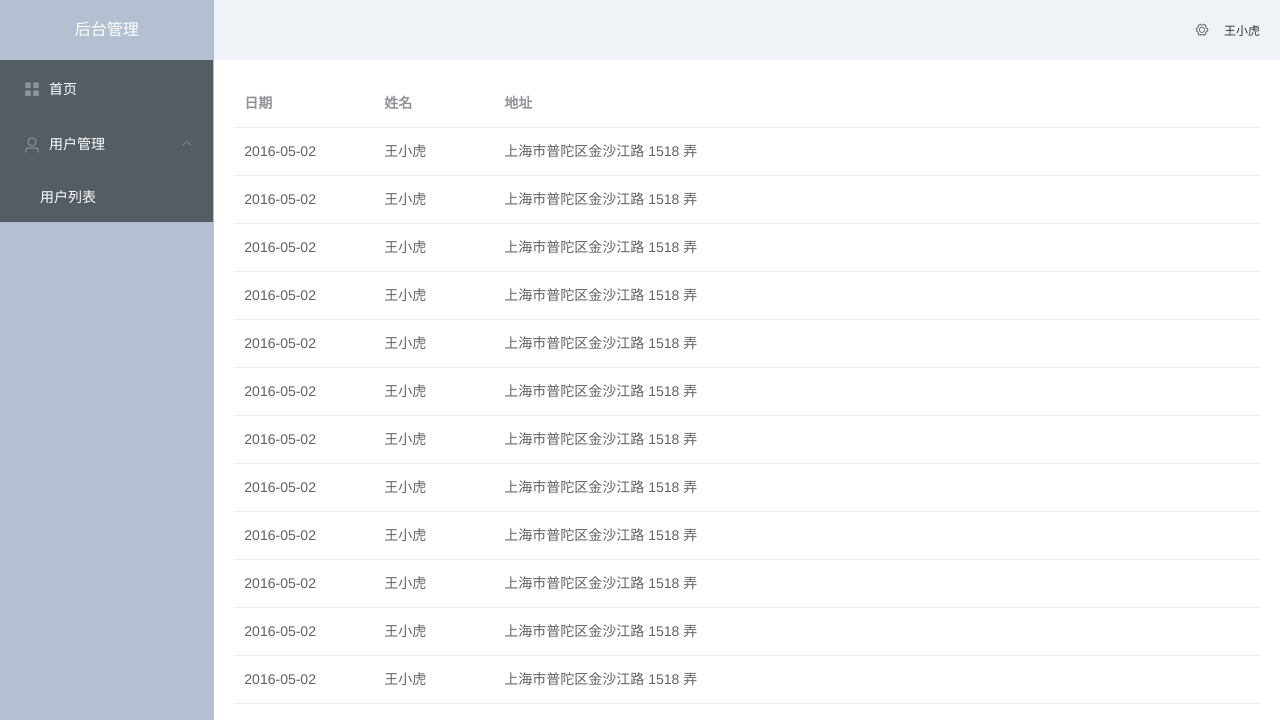
Repository: cmw520520/admin_vue
Page: /#/user/userlist
These files come from the project's save history. The page is drawn as it stood at one moment and after the next save; the edit follows.
The browser window is 1280 px wide. The pictures show the whole page.
An inner scrolling area shows only its first screen. The project was rebuilt for these pictures with package versions that can differ from the ones it lists, and the page was loaded fresh each time. Also part of the build but not shown: src/page/home/Home.vue, example/Echart.vue.

Above is the page before, as saved 2019-07-01 15:17:59.

### index.html
<!DOCTYPE html>
<html>
  <head>
    <meta charset="utf-8">
    <meta name="viewport" content="width=device-width,initial-scale=1.0">
    <title>cmw</title>
  </head>
  <body>
    <div id="app"></div>
    <!-- built files will be auto injected -->
  </body>
</html>

### src/App.vue
<template>
  <div id="app">
    <!-- <img src="./assets/logo.png"> -->
    <router-view/>
  </div>
</template>

<script>
export default {
  name: 'App'
}
</script>

<style>
#app {
  font-family: 'Avenir', Helvetica, Arial, sans-serif;
  -webkit-font-smoothing: antialiased;
  -moz-osx-font-smoothing: grayscale;
  text-align: center;
  color: #2c3e50;
  width: 100%;
  height: 100%;
  /* margin-top: 60px; */
}

body, html {
  margin: 0;
  padding: 0;
  height: 100%;
  width: 100%;
}
</style>

### src/router/index.js
import Vue from 'vue'
import Router from 'vue-router'
// import HelloWorld from '@/components/HelloWorld'
import Manage from '@/page/Manage'
import Home from '@/page/home/Home'
import UserList from '@/page/user/UserList'
import Echart from '../../example/Echart'

Vue.use(Router)

export default new Router({
  routes: [
    {
      path: '/',
      name: '',
      component: Manage,
      children: [
        {
          path: '',
          component: Home,
          meta: []
        },
        {
          path: '/user/userlist',
          component: UserList,
          meta: []
        },
        {
          path: '/example/echart',
          component: Echart,
          meta: ['图表']
        }
      ]
    }
  ]
})

### src/page/Manage.vue
<template>
  <el-container style="height: 100%;">
    <el-col :span="4" style="background-color: #b3c0d1;overflow:hidden;">
      <el-col>
        <div class="logo">后台管理</div>
      </el-col>
      <el-col>
        <el-slider></el-slider>
      </el-col>
    </el-col>

    <el-col :span="20" style="border-left: 1px solid #b3c0d1;overflow: auto;overflow-scrolling: touch;">
      <el-header style="text-align: right; font-size: 12px">
        <el-dropdown>
          <i class="el-icon-setting" style="margin-right: 15px"></i>
          <el-dropdown-menu slot="dropdown">
            <el-dropdown-item>查看</el-dropdown-item>
            <el-dropdown-item>新增</el-dropdown-item>
            <el-dropdown-item>删除</el-dropdown-item>
          </el-dropdown-menu>
        </el-dropdown>
        <span>王小虎</span>
      </el-header>

      <el-main>
        <transition name="fade" mode="out-in">
            <router-view></router-view>
        </transition>
      </el-main>
    </el-col>
  </el-container>
</template>

<script>
import slider from '@/components/Slider'

export default {
  name: 'manage',
  components: {
    'el-slider': slider
  }
}
</script>

<style scope>
.el-header {
  background-color: #EFF2F7;
  color: #333;
  line-height: 60px;
}

.el-aside {
  color: #333;
}

.fade-enter-active, .fade-leave-active {
    transition: opacity 0.5s, transform 0.5s;
}

.fade-enter, .fade-leave-to {
    opacity: 0;
}

/* 导航logo S */
.logo {
    height: 60px;
    line-height: 60px;
    color: #fff;
}
/* 导航logo E */
</style>

### src/page/user/UserList.vue
<template>
    <el-table :data="tableData">
        <el-table-column prop="date" label="日期" width="140"></el-table-column>
        <el-table-column prop="name" label="姓名" width="120"></el-table-column>
        <el-table-column prop="address" label="地址"></el-table-column>
    </el-table>
</template>

<script>
export default {
  name: 'userlist',
  data () {
    const item = {
      date: '2016-05-02',
      name: '王小虎',
      address: '上海市普陀区金沙江路 1518 弄'
    }
    return {
      tableData: Array(20).fill(item)
    }
  }
}
</script>

<style scope>

</style>

### src/components/Slider.vue
<template>
  <el-menu :default-openeds="['1', '3']" background-color="rgb(84, 92, 100)" text-color="#fff" style="border:none;text-align:left;" router>
    <label v-for="(item, index) in navMenu" :key="index">
      <el-menu-item v-if="item.isHeader" :index="item.component">
        <i :class=item.icon></i>
        <span slot="title">{{ item.name }}</span>
      </el-menu-item>

      <el-submenu v-else :index="String(index)">
        <template slot="title">
          <i :class=item.icon></i>{{ item.name }}
        </template>
        <el-menu-item v-for="(item2, index2) in item.children" :key="index2" :index="item2.component">{{ item2.name }}</el-menu-item>
      </el-submenu>
    </label>
  </el-menu>
</template>

<script>
export default {
  name: 'slider',
  data () {
    return {
      navMenu: [
        {
          isHeader: true,
          name: '首页',
          icon: 'el-icon-menu',
          component: '/'
        },
        {
          name: '用户管理',
          icon: 'el-icon-user',
          children: [
            {
              name: '用户列表',
              component: '/user/userlist'
            }
          ]
        }
      ]
    }
  }
}
</script>

<style>
</style>

Loaded but not shown: src/main.js (common file)

After the next save:
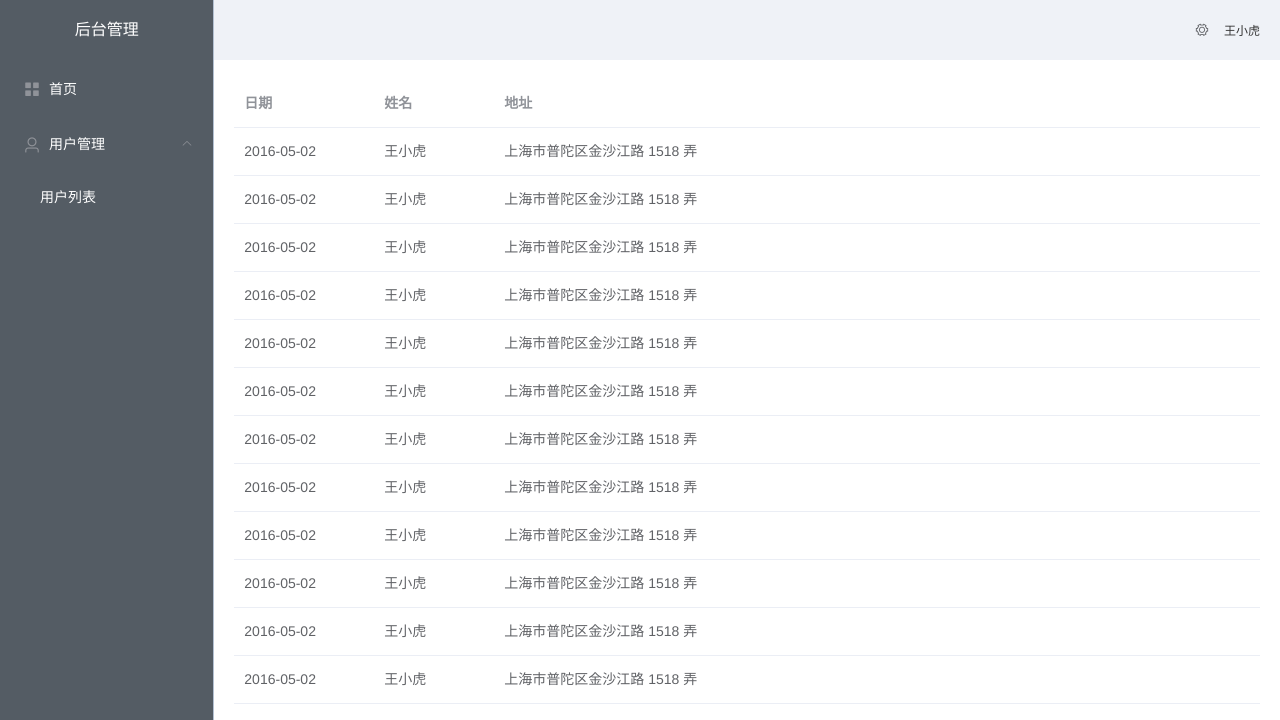
Saved 2 s later.
--- a/src/page/Manage.vue
+++ b/src/page/Manage.vue
@@ -1,6 +1,6 @@
 <template>
   <el-container style="height: 100%;">
-    <el-col :span="4" style="background-color: #b3c0d1;overflow:hidden;">
+    <el-col :span="4" style="background-color: rgb(84, 92, 100);overflow:hidden;">
       <el-col>
         <div class="logo">后台管理</div>
       </el-col>
